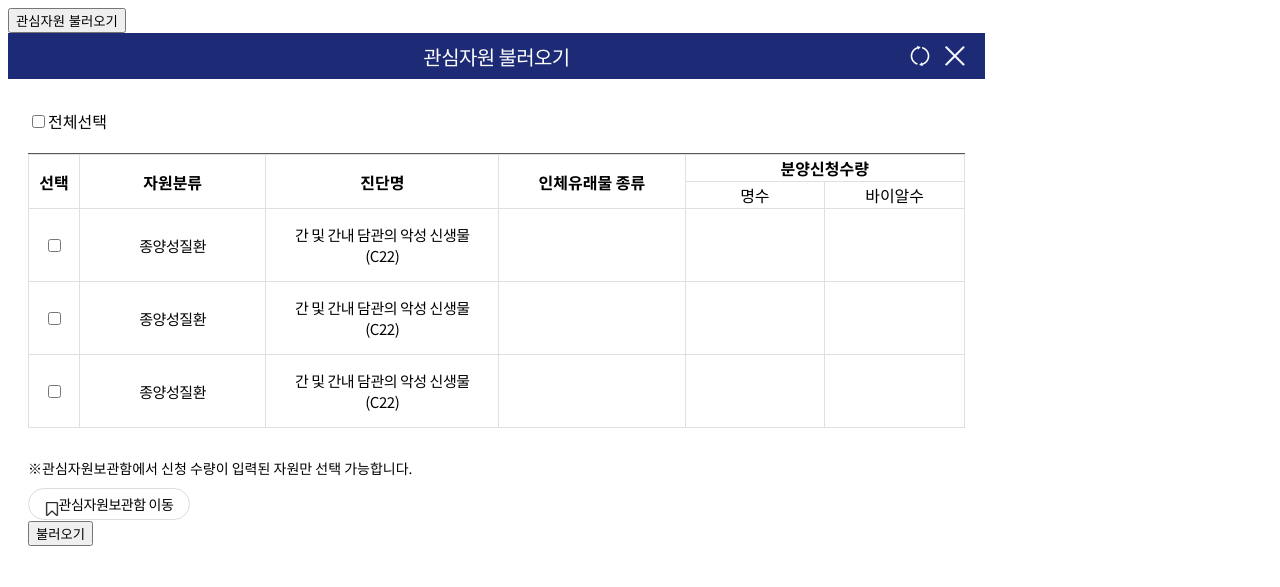
Repository: dlgywls1130/one_popup
Page: index.html
An editor plug-in stored every save of this project. The page is shown before and after the next save, followed by the edit.
The browser window is 1280 px wide. The pictures show the whole page.
Some web fonts or font styles are not loaded; a fallback is used.

Above is the page before, as saved 2023-10-25 22:26:31.

After the next save:
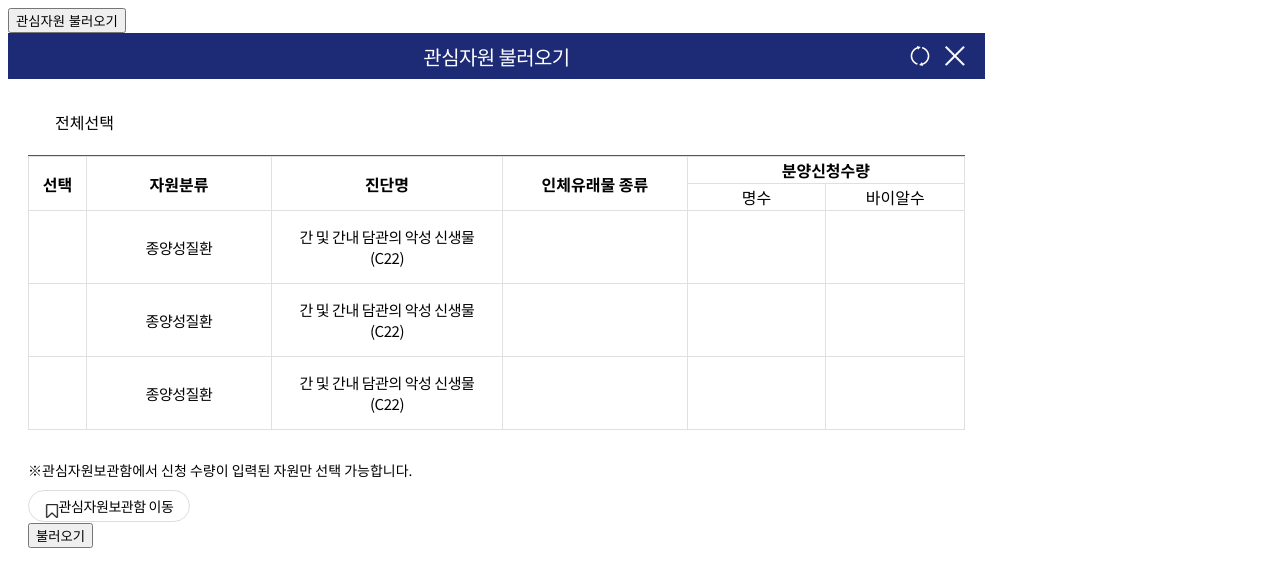
Saved 14 s later.
--- a/style.css
+++ b/style.css
@@ -162,3 +162,25 @@ height: 14px;
 }
 .all_check label{display: flex; align-items: center;}
 .all_check label p{margin: 0;}
+
+input[type="checkbox"] {
+    appearance: none;
+    width: 20px;
+    height: 20px;
+    border-radius: 50%; // 동그란 모양
+    border: 1px solid #000;
+    background-color: #fff;
+    position: relative;
+}
+
+input[type="checkbox"]:checked:before {
+    content: '';
+    width: 12px;
+    height: 12px;
+    background-color: #000;
+    position: absolute;
+    top: 50%;
+    left: 50%;
+    transform: translate(-50%, -50%);
+    border-radius: 50%; // 동그란 모양
+}
